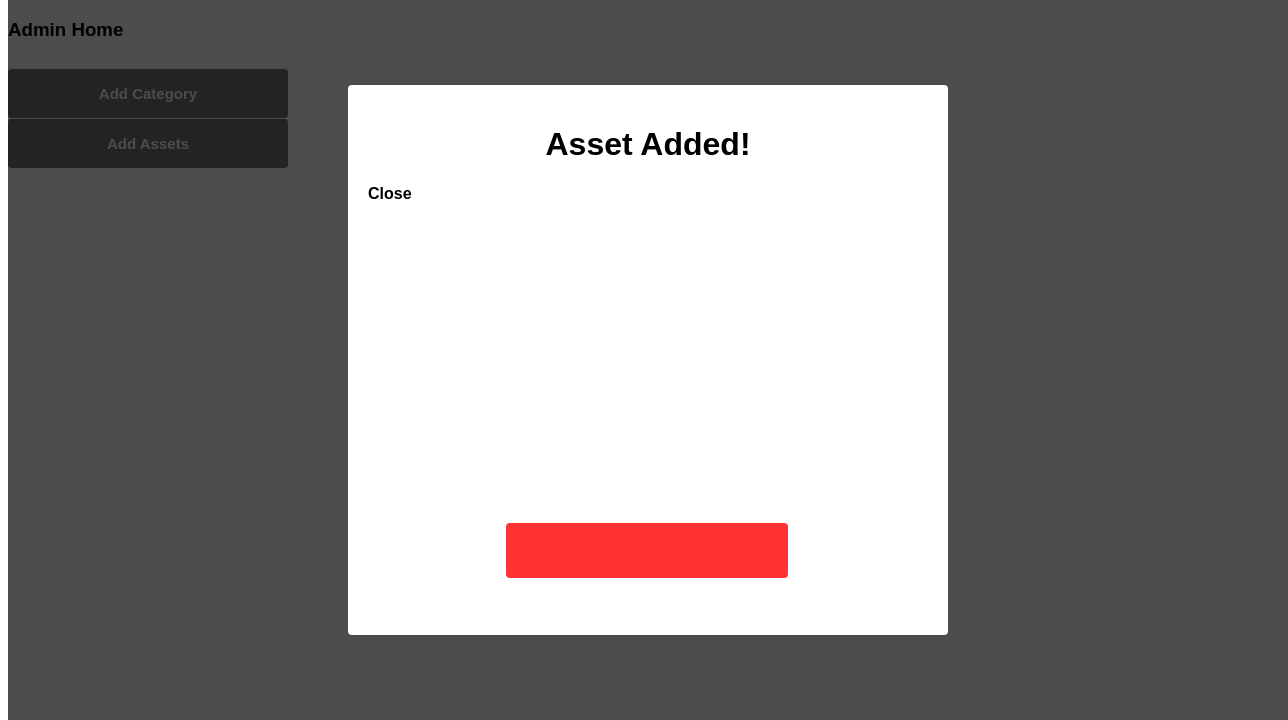
Repository: DhruvKaushal/CodeFury_404Found
Page: http://localhost/e-assets/assetadded.jsp
An editor plug-in stored every save of this project. The page is shown before and after the next save, followed by the edit.
The browser window is 1280 px wide. The page is 1288 px wide, so the pictures cover 1288 px, including what lies to the right of the window. The pictures show the whole page.
The page is served by Tomcat 9.

Above is the page before, as saved 2020-10-05 10:55:17.

After the next save:
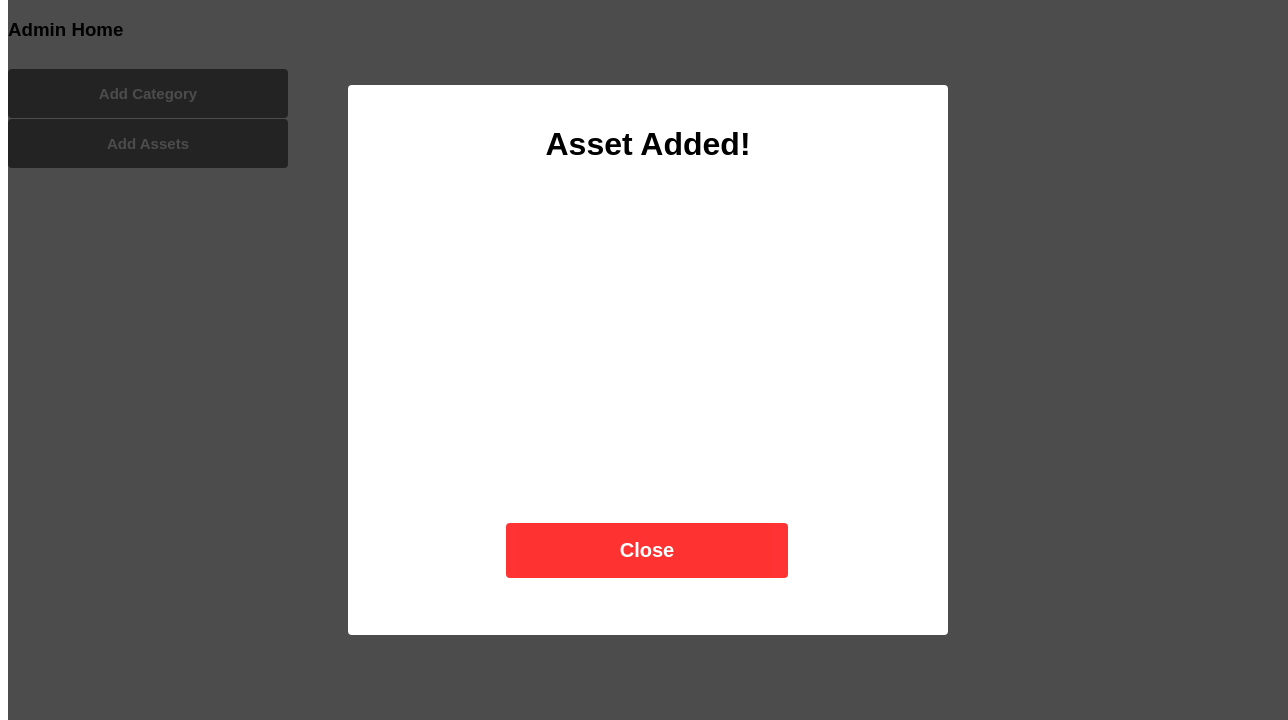
Saved 76 s later.
--- a/Aditya's New/E-Assets-Management/e-assets/WebContent/assetadded.jsp
+++ b/Aditya's New/E-Assets-Management/e-assets/WebContent/assetadded.jsp
@@ -22,7 +22,7 @@
 
 
 
-             <input type="button" class="close-button" action="adminhome.jsp"><b>Close</b>
+             <input type="button" class="close-button" value="Close">
 
 
         </div>
